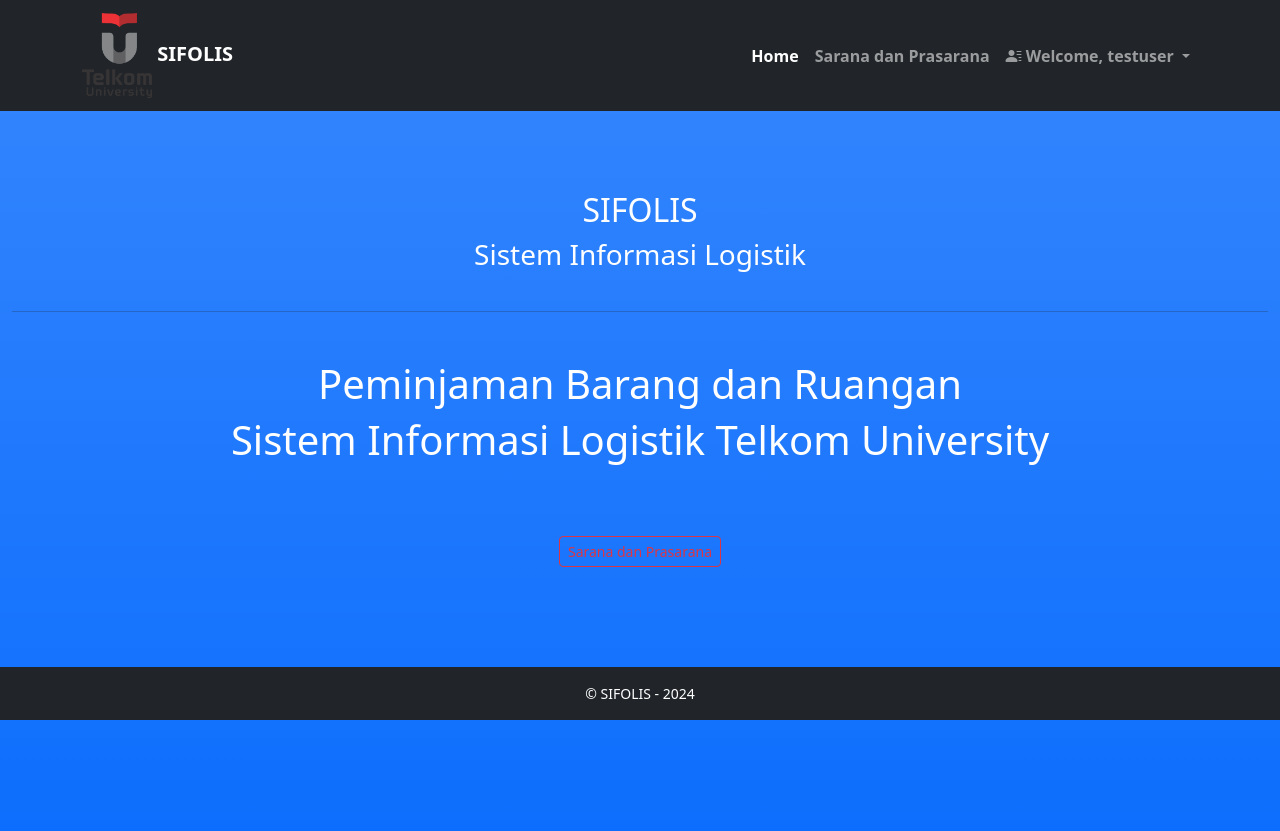
Repository: Audi87/uas_framework
Page: http://localhost/
These files come from the project's save history. The page is drawn as it stood at one moment and after the next save; the edit follows.
The browser window is 1280 px wide. The pictures show the whole page.
Some web libraries are served in a nearby version. The page is served by the project's Laravel application, run on PHP 8.4 with Laravel 10. A made-up administrator, Test User (test@example.com), is signed in.

Above is the page before, as saved 2024-06-13 20:28:46.

After the next save:
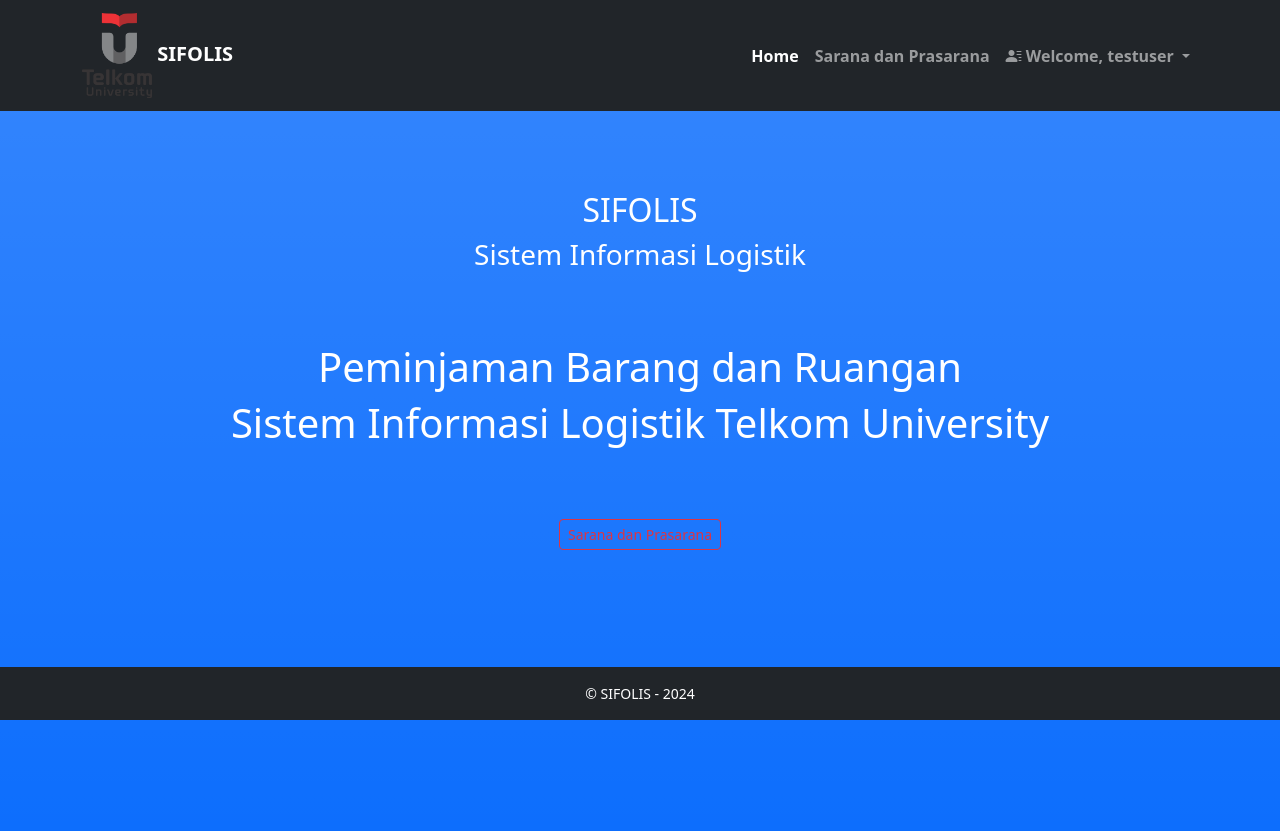
Saved 31 s later.
--- a/resources/views/index.blade.php
+++ b/resources/views/index.blade.php
@@ -46,7 +46,7 @@
                 </div>
             </div>
 
-            <hr class="bg-warning">
+
 
             <div class="row text-white text-center d-flex justify-content-center mt-5">
                 <div class="col-lg-8">
